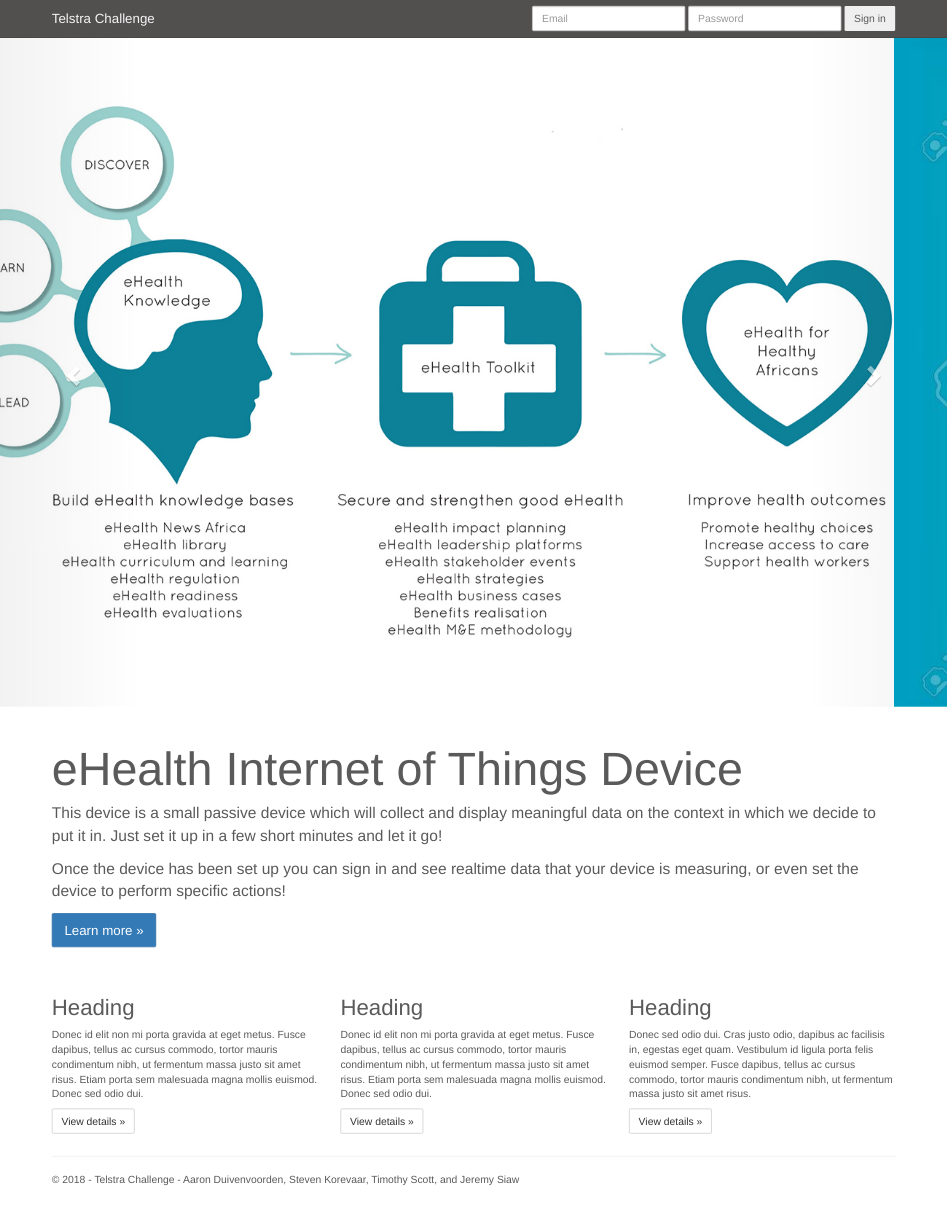
Repository: StevenKorevaar/as-design3181
Page: index.html
The author's editor kept a record of every edit. The page is drawn from the files as they stood at one moment, then again after the next edit.
The browser window is 1280 px wide. The pictures show the whole page, at 74% of full size.

Above is the page before.

### index.html
<!DOCTYPE html>
<html lang="en">
    <head>
        <meta charset="utf-8">
        <meta name="viewport" content="width=device-width, initial-scale=1, shrink-to-fit=no">
        <meta name="description" content="">
        <meta name="author" content="">
        <link rel="icon" href="../../favicon.ico">
        <!-- WEBPAGE TITLE -->
        <title>Engineering Design 3A - Telstra Challenge Front End</title>

        <!-- Latest compiled and minified CSS -->
    		<link rel="stylesheet" href="//maxcdn.bootstrapcdn.com/bootstrap/3.3.7/css/bootstrap.min.css">

    		<script src="https://ajax.googleapis.com/ajax/libs/jquery/3.3.1/jquery.min.js"></script>
        <script>window.jQuery || document.write('<script src="../../assets/js/vendor/jquery.min.js"><\/script>')</script>

        <script src="https://cdnjs.cloudflare.com/ajax/libs/tether/1.4.0/js/tether.min.js" integrity="sha384-DztdAPBWPRXSA/3eYEEUWrWCy7G5KFbe8fFjk5JAIxUYHKkDx6Qin1DkWx51bBrb" crossorigin="anonymous"></script>

        <!-- Latest compiled and minified JavaScript -->
        <script src="//maxcdn.bootstrapcdn.com/bootstrap/3.3.7/js/bootstrap.min.js"></script>

    		<!-- CSS OVERWRITES -->

        <link href="css/navbar.css" rel="stylesheet">
    		<link href="css/header.css" rel="stylesheet">
    		<link href="css/button.css" rel="stylesheet">

    		<link href="css/carousel.css" rel="stylesheet">

    		<link href="css/carousel.css" rel="stylesheet">



    </head>

    <body>
    	<!-- NAVBAR -->
    	<nav class="navbar navbar-inverse navbar-fixed-top">
	      <div class="container">
	        <div class="navbar-header">
            <!-- NAVBAR - HAMBURGER BUTTON -->
	          <button type="button" class="navbar-toggle collapsed" data-toggle="collapse" data-target="#navbar" aria-expanded="false" aria-controls="navbar">
	            <span class="sr-only">Toggle navigation</span>
	            <span class="icon-bar"></span>
	            <span class="icon-bar"></span>
	            <span class="icon-bar"></span>
	          </button>

	          <!-- NAVBAR - PROJECT NAME-->
	          <a class="navbar-brand" href="#"> Telstra Challenge</a>
	        </div>

	        <div id="navbar" class="navbar-collapse collapse">
	          <!-- NAVBAR - SIGN IN FORM -->
	          <form action="dashboard.php" class="navbar-form navbar-right">
	            <div class="form-group">
	              <!-- NAVBAR - LOGIN - EMAIL -->
	              <input type="text" placeholder="Email" class="form-control">
	            </div>
	            <div class="form-group">
	              <!-- NAVBAR - LOGIN - PASSWORD -->
	              <input type="password" placeholder="Password" class="form-control">
	            </div>
	            <!-- NAVBAR - LOGIN - SUBMIT BUTTON -->
	            <button type="submit" class="btn btn-signin">Sign in</button>
	          </form>
	        </div><!--/.navbar-collapse -->
	      </div>
	    </nav>

    <!-- CAROUSEL -->
    <div id="myCarousel" class="carousel slide" data-ride="carousel">
      <!-- Indicators -->
      <ol class="carousel-indicators">
        <li data-target="#myCarousel" data-slide-to="0" class="active"></li>
        <li data-target="#myCarousel" data-slide-to="1"></li>
        <li data-target="#myCarousel" data-slide-to="2"></li>
      </ol>

      <!-- Wrapper for slides -->
      <div class="carousel-inner">
        <!-- CAROUSEL - ITEM ONE -->
        <div class="item active">
          <img src="img/temp1.jpg" alt="Chania">
          <div class="carousel-caption">
            <h3></h3>
            <p></p>
          </div>
        </div>

        <!-- CAROUSEL - ITEM TWO -->
        <div class="item">
          <img src="img/temp2.jpg" alt="Chicago">
          <div class="carousel-caption">
            <h3></h3>
            <p></p>
          </div>
        </div>

        <!-- CAROUSEL - ITEM THREE -->
        <div class="item">
          <img src="img/temp3.jpg" alt="New York">
          <div class="carousel-caption">
            <h3></h3>
            <p></p>
          </div>
        </div>
      </div>

      <!-- Left and right controls -->
      <a class="left carousel-control" href="#myCarousel" data-slide="prev">
        <span class="glyphicon glyphicon-chevron-left"></span>
        <span class="sr-only">Previous</span>
      </a>
      <a class="right carousel-control" href="#myCarousel" data-slide="next">
        <span class="glyphicon glyphicon-chevron-right"></span>
        <span class="sr-only">Next</span>
      </a>
    </div>

    <!-- MAIN CONTENT - COLUMNS -->

		<div class="jumbotron">
      <div class="container">
        <!-- MAIN CONTENT - HEADER -->
        <h1>eHealth Internet of Things Device</h1>
        <p>This device is a small passive device which will collect and display meaningful data on the context in which we decide to put it in. Just set it up in a few short minutes and let it go!</p>
        <p>Once the device has been set up you can sign in and see realtime data that your device is measuring, or even set the device to perform specific actions!</p>
        <p><a class="btn btn-primary btn-lg" href="#" role="button">Learn more &raquo;</a></p>
      </div>
    </div>


    <div class="container">
      <!-- Example row of columns -->
      <div class="row">
        <div class="col-md-4">
          <h2>Heading</h2>
          <p>Donec id elit non mi porta gravida at eget metus. Fusce dapibus, tellus ac cursus commodo, tortor mauris condimentum nibh, ut fermentum massa justo sit amet risus. Etiam porta sem malesuada magna mollis euismod. Donec sed odio dui. </p>
          <p><a class="btn btn-default" href="#" role="button">View details &raquo;</a></p>
        </div>
        <div class="col-md-4">
          <h2>Heading</h2>
          <p>Donec id elit non mi porta gravida at eget metus. Fusce dapibus, tellus ac cursus commodo, tortor mauris condimentum nibh, ut fermentum massa justo sit amet risus. Etiam porta sem malesuada magna mollis euismod. Donec sed odio dui. </p>
          <p><a class="btn btn-default" href="#" role="button">View details &raquo;</a></p>
       </div>
        <div class="col-md-4">
          <h2>Heading</h2>
          <p>Donec sed odio dui. Cras justo odio, dapibus ac facilisis in, egestas eget quam. Vestibulum id ligula porta felis euismod semper. Fusce dapibus, tellus ac cursus commodo, tortor mauris condimentum nibh, ut fermentum massa justo sit amet risus.</p>
          <p><a class="btn btn-default" href="#" role="button">View details &raquo;</a></p>
        </div>
      </div>

      <hr>

      <!-- FOOTER - NAMES AND COMPANY DETAILS -->
      <footer>
        <p>&copy; 2018 - Telstra Challenge - Aaron Duivenvoorden, Steven Korevaar, Timothy Scott, and Jeremy Siaw</p>
      </footer>

    </div> <!-- /container -->

    </body>
</html>

### css/navbar.css

.form-control {
    border-radius: 2px;
}

.navbar-inverse {
    background-color: #524f4f;
    border-color: #484545;
}

.navbar-inverse .navbar-brand {
    color: #f5f5f5;
}

### css/header.css
.jumbotron {
    padding-top: 3rem;
    padding-bottom: 0rem;
    background-color: white;
}

.jumbotron .noCarousel {
    padding-top: 5rem;
    padding-bottom: 0rem;
    background-color: white;
}

### css/button.css
.btn {
    border-radius: 2px;
}

.btn-success {
    background-color: #b565e8;
    border-color: #b565e8;
}

.btn-success:hover {
    background-color: #8819CE;
    border-color: #8819CE;
}

.btn-red {
    background-color: #b5576A;
    border-color: #b5576A;
    color: #f5f5f5;
}

.btn-red:hover {
    background-color: #944858;
    border-color: #944858;
    color: #f5f5f5;
}

.btn-darkred {
    background-color: #792435;
    border-color: #792435;
    color: #f5f5f5;
}

.btn-darkred:hover {
    background-color: #5f1927;
    border-color: #5f1927;
    color: #f5f5f5;
}

### css/carousel.css
/* GLOBAL STYLES
-------------------------------------------------- */
/* Padding below the footer and lighter body text */

body {
    padding-top: 3rem;
    padding-bottom: 3rem;
    color: #5a5a5a;
}


/* CUSTOMIZE THE CAROUSEL
-------------------------------------------------- */

/* Carousel base class */
.carousel {
    margin-top: 2rem;
}
/* Since positioning the image, we need to help out the caption */
.carousel-caption {
    z-index: 10;
    bottom: 3rem;
}

/* Declare heights because of positioning of img element */
.carousel-item {
    height: 32rem;
    background-color: #777;
}
.carousel-item > img {
    position: absolute;
    top: 0;
    left: 0;
    min-width: 100%;
    height: 32rem;
}

.carousel-inner > .item > img {
    margin: 0 auto;
    max-width: 100%;
}

.carousel-control.left {
    background-image: linear-gradient(to right,rgba(0,0,0,.1) 0,rgba(0,0,0,.0001) 100%);;
}

.carousel-control.right {
    background-image: linear-gradient(to left,rgba(0,0,0,.1) 0,rgba(0,0,0,.0001) 100%);;
}


/* MARKETING CONTENT
-------------------------------------------------- */

/* Center align the text within the three columns below the carousel */
.marketing .col-lg-4 {
    margin-bottom: 1.5rem;
    text-align: center;
}
.marketing h2 {
    font-weight: normal;
}
.marketing .col-lg-4 p {
    margin-right: .75rem;
    margin-left: .75rem;
}


/* Featurettes
------------------------- */

.featurette-divider {
    margin: 5rem 0; /* Space out the Bootstrap <hr> more */
}

/* Thin out the marketing headings */
.featurette-heading {
    font-weight: 300;
    line-height: 1;
    letter-spacing: -.05rem;
}


/* RESPONSIVE CSS
-------------------------------------------------- */

@media (min-width: 40em) {
    /* Bump up size of carousel content */
    .carousel-caption p {
        margin-bottom: 1.25rem;
        font-size: 1.25rem;
        line-height: 1.4;
    }

    .featurette-heading {
        font-size: 50px;
    }
}

@media (min-width: 62em) {
    .featurette-heading {
        margin-top: 7rem;
    }
}

### css/colours/darkblue.css
/* DARK BLUE THEME */

.btn-signin {
    background-color: #059fbf;
    border-color: #294661;
    color: #f5f5f5;
}

.btn-signin:hover {
    background-color: #0d8098;
    border-color: #294661;
    color: #f5f5f5;
}



/* DARK BLUE SCHEME */

/* Navbar Background colour */
.navbar-inverse {
    background-color: #25425d;
    border-color: #0b1e2f;
}

/* Navbard Border Colour */
.navbar-inverse .navbar-collapse, .navbar-inverse .navbar-form {
    border-color: #0d8199 ;
}

/* Hamburger button */
.navbar-inverse .navbar-toggle {
    background-color: #059fbf;
    border-color: #0b1e2f;
}

/* Hamburger button Dark */
.navbar-inverse .navbar-toggle:hover , .navbar-inverse .navbar-toggle:focus {
    background-color: #0d8098;
    border-color: #0b1e2f;

}

After the next edit:
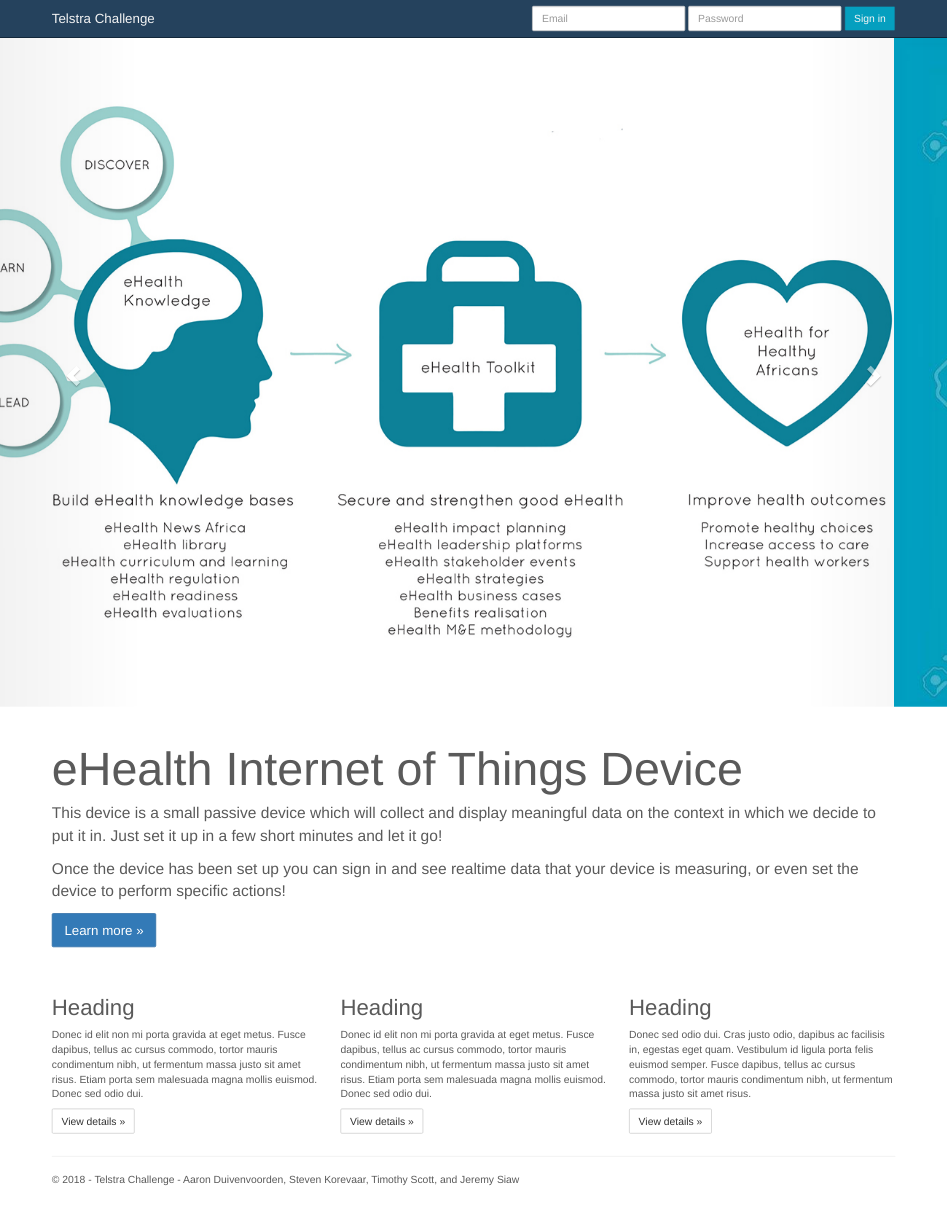
The edit:
--- a/index.html
+++ b/index.html
@@ -28,9 +28,7 @@
 
     		<link href="css/carousel.css" rel="stylesheet">
 
-    		<link href="css/carousel.css" rel="stylesheet">
-
-
+    		<link href="css/colours/darkblue.css" rel="stylesheet">
 
     </head>
 
